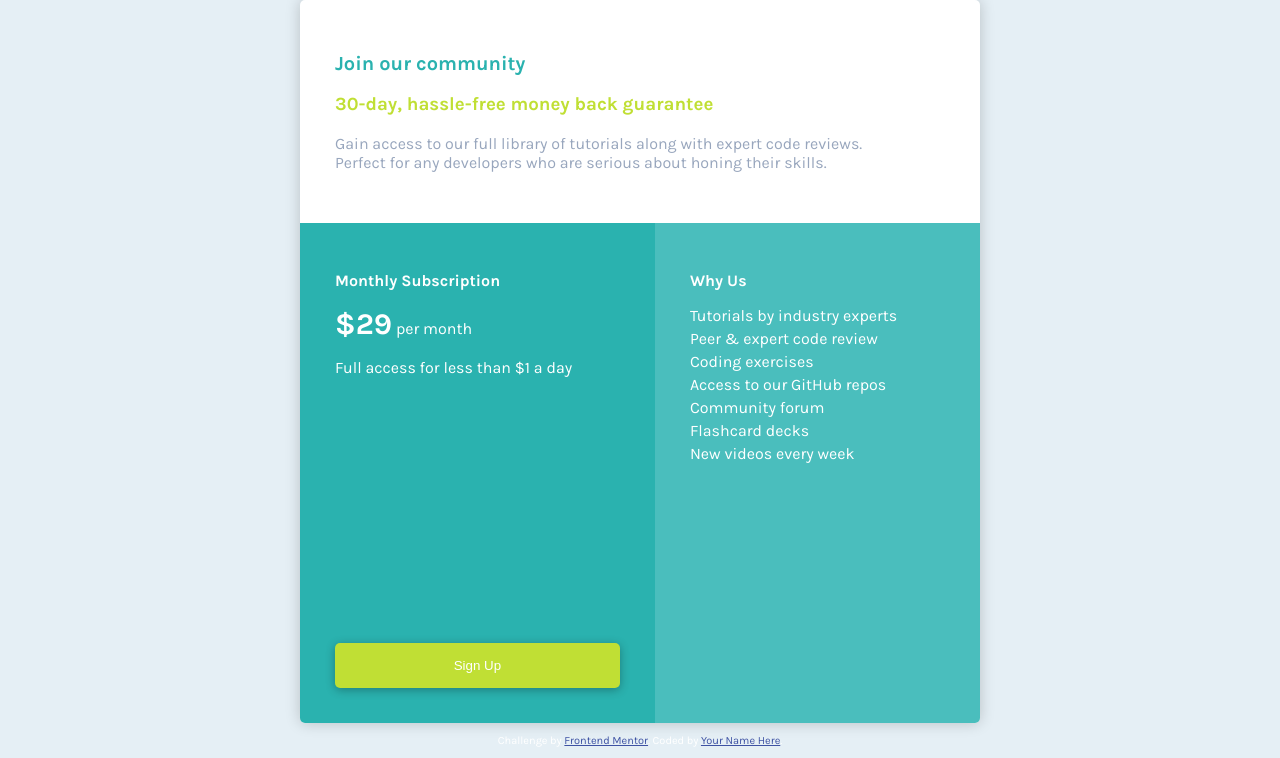
Repository: jminervino/PriceGridComponent
Page: index.html
These files come from the project's save history. The page is drawn as it stood at one moment and after the next save; the edit follows.
The browser window is 1280 px wide. The pictures show the whole page.

Above is the page before, as saved 2022-02-08 14:21:37.

### index.html
<!DOCTYPE html>
<html lang="en">
<head>
  <meta charset="UTF-8">
  <meta name="viewport" content="width=device-width, initial-scale=1.0"> <!-- displays site properly based on user's device -->

  <link rel="icon" type="image/png" sizes="32x32" href="./images/favicon-32x32.png">
  <link rel="stylesheet" href="style.css">

  <title>Frontend Mentor | Single Price Grid Component</title>

  <!-- Feel free to remove these styles or customise in your own stylesheet 👍 -->
  <style>
    .attribution { font-size: 11px; text-align: center; }
    .attribution a { color: hsl(228, 45%, 44%); }
  </style>
</head>
<body>
    <main>
        <section class="box-one">
            <h2>Join our community</h2>
            <h3 class="yellow-text">30-day, hassle-free money back guarantee</h3>

            <p>
              Gain access to our full library of tutorials along with expert code reviews. <br>
              Perfect for any developers who are serious about honing their skills.
            </p>
        </section>
        <section class="box-two">
            <h2>Monthly Subscription</h2>

            <p class="faded">
              <span class="big">&dollar;29</span> per month
            </p>
            <p>Full access for less than &dollar;1 a day</p>

            <button>Sign Up</button>
        </section>
        <section class="box-three">
            <h2>Why Us</h2>
            <ul>
                <li>Tutorials by industry experts</li>
                <li>Peer &amp; expert code review</li>
                <li>Coding exercises</li>
                <li>Access to our GitHub repos</li>
                <li>Community forum</li>
                <li>Flashcard decks</li>
                <li>New videos every week</li>
            </ul>
        </section>
    </main>
    <footer>
        <p class="attribution">
          Challenge by <a href="https://www.frontendmentor.io?ref=challenge" target="_blank">Frontend Mentor</a>.
          Coded by <a href="#">Your Name Here</a>.
        </p>
    </footer>
</body>
</html>

### style.css
@import url('https://fonts.googleapis.com/css2?family=Cardo&family=Karla:wght@400;700&family=Titillium+Web:wght@600&display=swap');

* {
    box-sizing: border-box;
    padding: 0;
}

body {
    display: flex;
    align-items: center;
    justify-content: center;
    flex-direction: column;
    font-family: "karla", sans-serif;
    font-size: 16px;
    background-color: hsl(204, 43%, 93%);
    margin: 0;
    min-height: 100vh;
    color: #ffffff;
}

main {
    background-color: #ffffff;
    max-width: 1440px;
    min-width: 680px;
    margin: auto;
    display: grid;
    grid-template-columns: auto auto;
    box-shadow: 0px 0px 15px rgba(0, 0, 0, 0.2);
    border-radius: 5px;
    overflow: hidden;
}

section {
    padding: 35px;
}

button {
    margin-top: 250px;
    background-color: hsl(71, 73%, 54%);
    color: #ffffff;
    border-radius: 5px;
    border: none;
    width: 100%;
    padding: 15px;
    box-shadow: 0px 2px 10px rgba(0, 0, 0, 0.3);
}

ul {
    list-style-type: none;
}

ul li {
    margin-top: 4px;
}

h2 {
    font-size: 16px;
}

.box-one {
    color: hsl(218, 22%, 67%);
    grid-column: 1/3;

}

.box-one h2 {
    font-size: 20px;
    font-weight: 900;
    color: hsl(179, 62%, 43%);
}

.yellow-text {
    color: hsl(71, 73%, 54%);
}

.box-two {
    background-color: hsl(179, 62%, 43%);
}

.faded {

}

.big {
    opacity: initial;
    font-size: 30px;
    font-weight: 700;
}

.box-three {
    font-weight: 400;
    background-color: #4abebd;
}

After the next save:
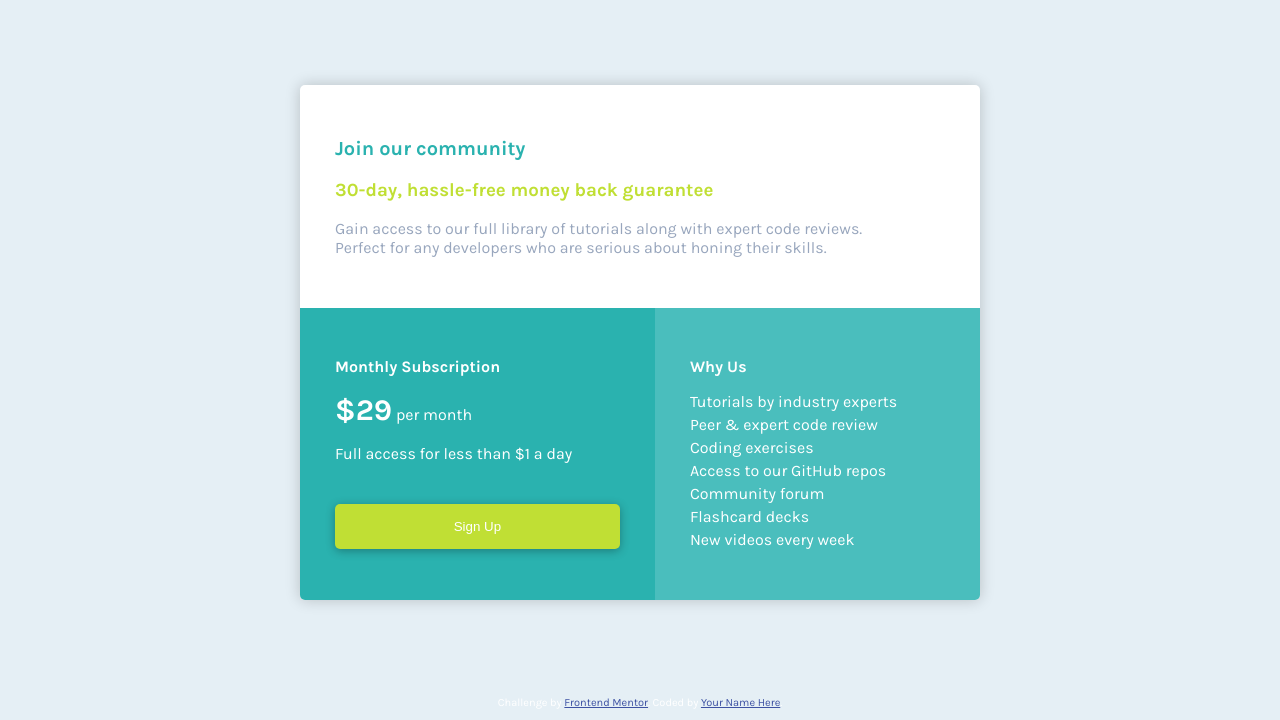
Saved 4 s later.
--- a/style.css
+++ b/style.css
@@ -35,7 +35,7 @@ section {
 }
 
 button {
-    margin-top: 250px;
+    margin-top: 25px;
     background-color: hsl(71, 73%, 54%);
     color: #ffffff;
     border-radius: 5px;
